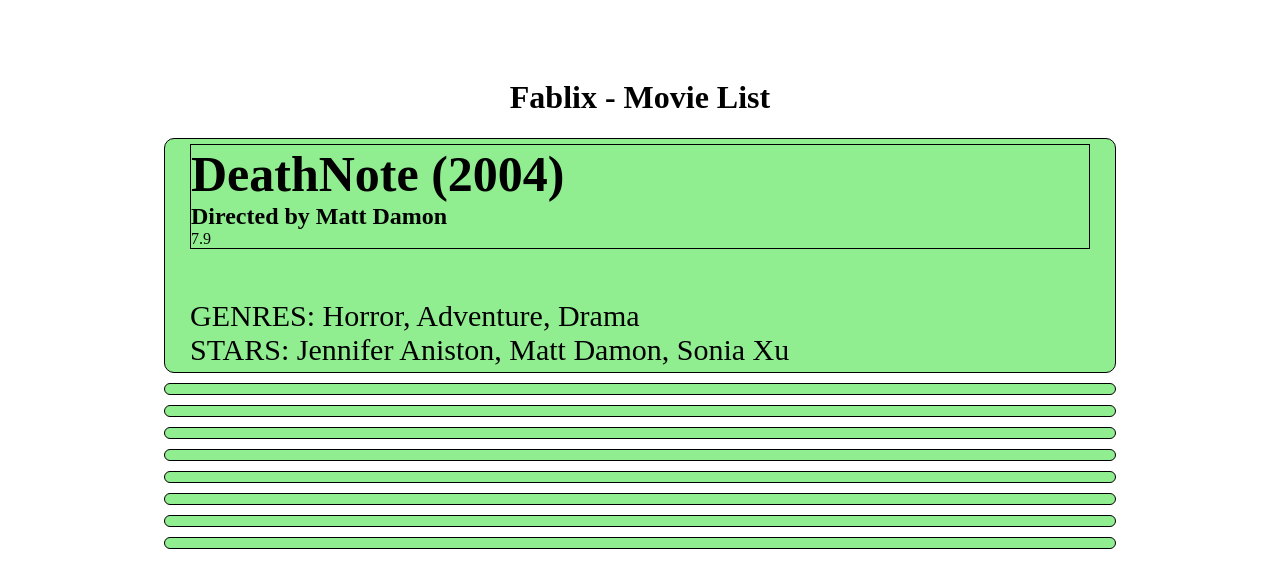
Repository: csumphan/fablix
Page: http://localhost/Project1/
An editor plug-in stored every save of this project. The page is shown before and after the next save, followed by the edit.
The browser window is 1280 px wide. The pictures show the whole page.
The page is served by Tomcat 9. Nobody is signed in. The application's start-up code is not run. Other server files are loaded and not shown.

Above is the page before, as saved 2018-01-23 00:11:14.

### Project1/WebContent/index.html
<!DOCTYPE html>
<html>
<head>
<meta charset="UTF-8">
<title>Insert title here</title>
<link type="text/css" href="styles.css" rel="stylesheet"/>
</head>
<body>
	<h1>Fablix - Movie List</h1>
	<div id="movie-list-container">
		<div class="movie-item">
			<div class="header-container">
				<div class="title">
					<h1>DeathNote <span>(2004)</span></h1>
					<h2>Directed by Matt Damon</h2>
				</div>

				<div class="rating">7.9</div>
			</div>
			<div class="info-container">
				<div class="genres-container">
					GENRES: Horror, Adventure, Drama
				</div>
				<div class="stars-container">
					STARS: Jennifer Aniston, Matt Damon, Sonia Xu
				</div>
			</div>
		</div>
		<div class="movie-item"></div>
		<div class="movie-item"></div>
		<div class="movie-item"></div>
		<div class="movie-item"></div>
		<div class="movie-item"></div>
		<div class="movie-item"></div>
		<div class="movie-item"></div>
		<div class="movie-item"></div>
	</div>
</body>
</html>

### Project1/WebContent/styles.css
body {
	padding: 50px;
	display: flex;
	justify-content: center;
	align-items: center;
	flex-direction: column;
	background-color: white;
}
#movie-list-container {
	width: 1000px;
	display: flex;
	justify-content: center;
	align-items: center;
	flex-direction: column;
}

.movie-item {
	width: 900px;
	border-radius: 10px;
	border: 1px solid black;
	background-color: lightgreen;
	margin-bottom: 10px;
	padding: 5px 25px;
}

.header-container {
	border: 1px solid black;
}

.title > h1 {
	margin: 0px;
	font-size: 50px;
}

.title > h2 {
	margin: 0px;
}

.rating {
	display: inline-block;
}

.info-container {
	font-size: 30px;
	margin-top: 50px;
	display: flex;
	flex-direction: column;
}

.genres-container {
	width: 100%;
}

.stars-container {
	width: 100%;
}

After the next save:
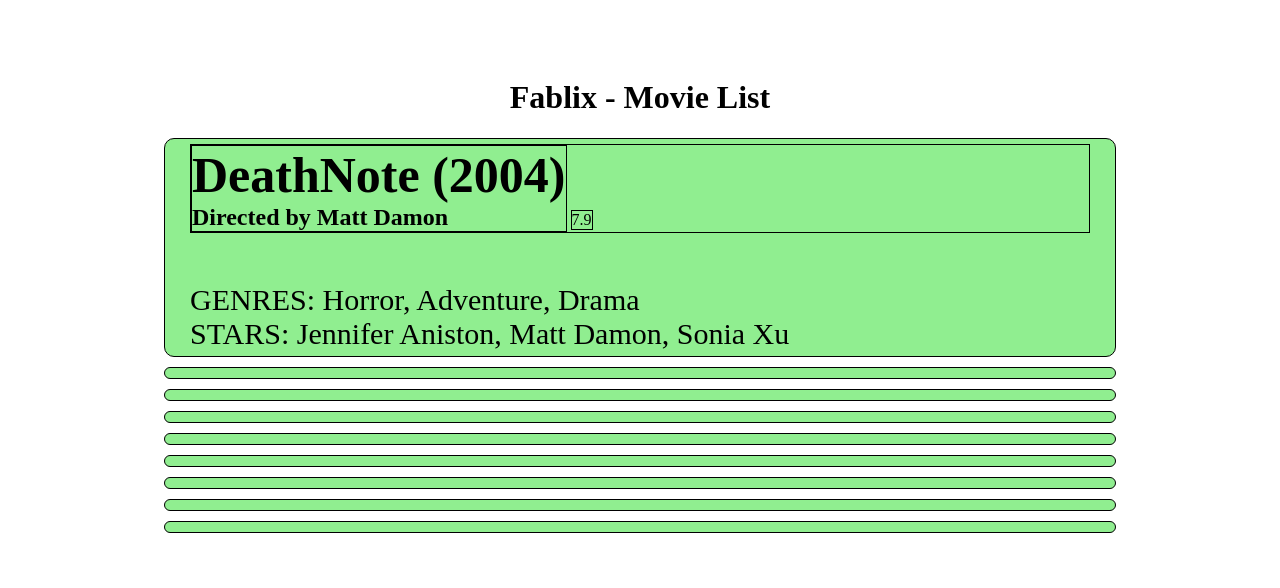
Saved 16 s later.
--- a/Project1/WebContent/styles.css
+++ b/Project1/WebContent/styles.css
@@ -27,6 +27,11 @@
 	border: 1px solid black;
 }
 
+.title {
+	border: 1px solid black;
+	display: inline-block;
+}
+
 .title > h1 {
 	margin: 0px;
 	font-size: 50px;
@@ -38,6 +43,7 @@
 
 .rating {
 	display: inline-block;
+	border: 1px solid black;
 }
 
 .info-container {
